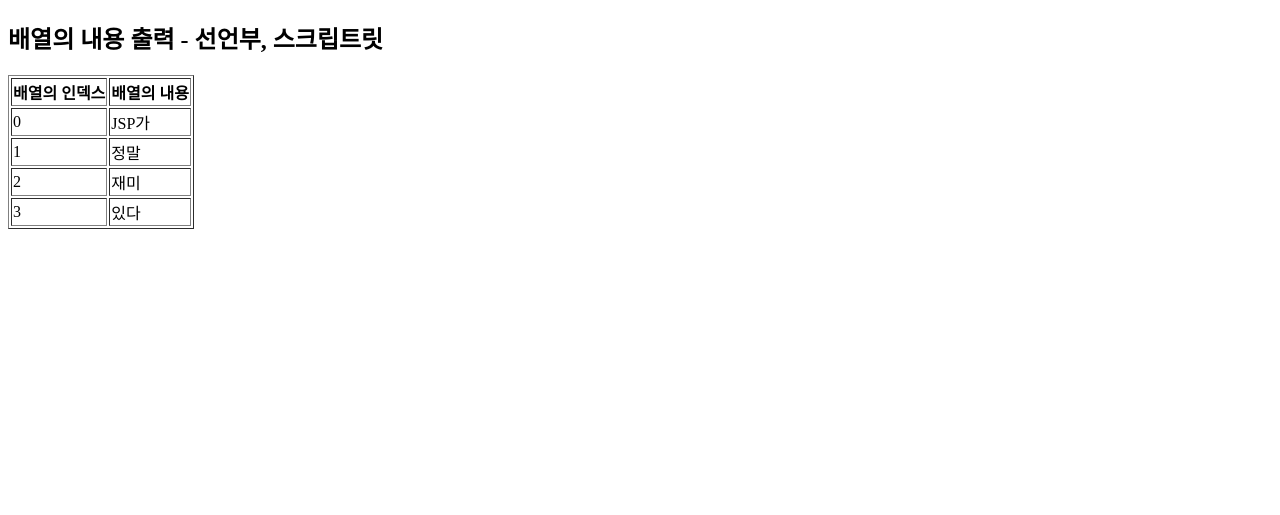
Repository: coolSummer1119/study
Page: http://localhost/ch03_Jsp/ch02_script/s01_script.jsp
The author's editor kept a copy of each file at every save. The page is drawn from the files as they stood at one save, then again after the next save.
The browser window is 1280 px wide. The pictures show the whole page.
The page is served by Tomcat 9. Other server files are loaded and not shown.

Above is the page before, as saved 2024-04-22 07:27:50.

### workspace/ch03_Jsp/src/main/webapp/ch02_script/s01_script.jsp
<%@ page language="java" contentType="text/html; charset=UTF-8"
    pageEncoding="UTF-8"%>
<!DOCTYPE html>
<html>
<head>
<meta charset="UTF-8">
<title>스크립트 연습</title>
</head>
<body>
<h2>배열의 내용 출력 - 선언부, 스크립트릿</h2>
<%
	//선언부 : 변수선언, 메서드 선언
	String[] str = {"JSP가","정말","재미","있다"};
%>
<table border="1">
	<tr>
		<th>배열의 인덱스</th>
		<th>배열의 내용</th>
	</tr>
<%
	//스크립트릿 : 변수 선언, 연산, 제어문, 출력
	for(int i=0;i<str.length;i++){
		out.println("<tr>");
		out.println("<td>" + i + "</td>");
		out.println("<td>" + str[i] + "</td>");
		out.println("</tr>");
	}
%>
</table>
</body>
</html>

After the next save:
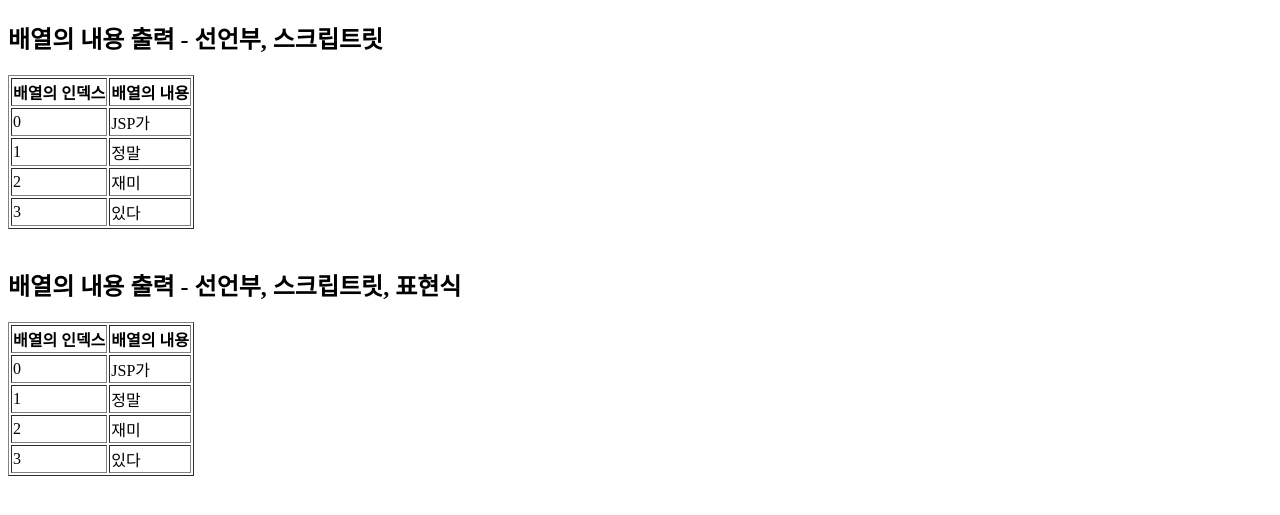
Saved 9 min 18 s later.
--- a/workspace/ch03_Jsp/src/main/webapp/ch02_script/s01_script.jsp
+++ b/workspace/ch03_Jsp/src/main/webapp/ch02_script/s01_script.jsp
@@ -27,5 +27,25 @@
 	}
 %>
 </table>
+<br>
+
+<h2>배열의 내용 출력 - 선언부, 스크립트릿, 표현식</h2>
+<table border="1">
+	<tr>
+		<th>배열의 인덱스</th>
+		<th>배열의 내용</th>
+	</tr>
+<%
+	for(int i=0;i<str.length;i++){
+%>
+	<tr>
+		<td><%= i %></td>
+		<td><%= str[i] %></td>
+	</tr>
+
+<%
+	}
+%>
+</table>
 </body>
 </html>
